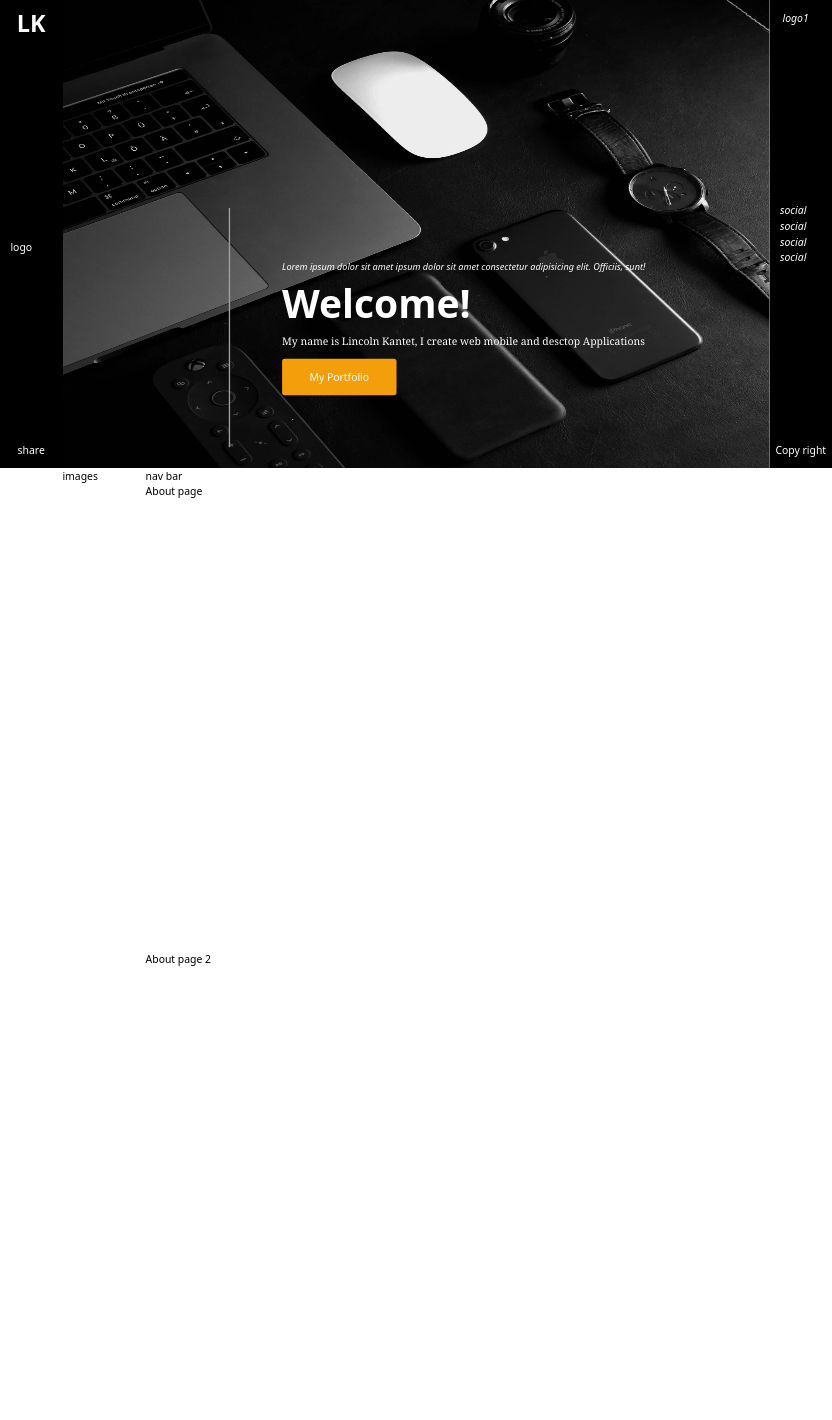
Repository: linco6054/template-tailwindcss
Page: index.html
These files come from the project's save history. The page is drawn as it stood at one moment and after a run of saves; the edit follows.
The browser window is 1280 px wide. The pictures show the whole page, at 65% of full size.

Above is the page before, as saved 2021-08-17 17:35:48.

### index.html
<!DOCTYPE html>
<html lang="en">

  <head>
    <meta charset="UTF-8" />
    <meta http-equiv="X-UA-Compatible" content="IE=edge" />
    <meta name="viewport" content="width=device-width, initial-scale=1.0" />
    <link href="https://unpkg.com/tailwindcss@^2/dist/tailwind.min.css" rel="stylesheet" />
<link rel="stylesheet" href="style.css">
    <title>Lincoln Kantet</title>
  </head>

  <body class="font-sans text-white  max-w-full h-auto flex flex-col lg:flex-row">
    <!-- nav -->
    <nav class="
        fixed
        top-0
        lg:left-0
        overflow-hidden
        bg-black
        h-20
        flex
        justify-between
        lg:flex-col
        items-center
        w-full
        lg:w-24 lg:h-screen
        z-50
      ">
      <span>
        <h1 class="mx-4 lg:mt-4 text-4xl font-bold">LK</h1>
      </span>
      <div class="mx-4 cursor-pointer">
        <i class="opacity-0 hover:opacity-100">menu</i>
        <span>logo</span>
      </div>

      <span class="mx-4 lg:mb-4">share</span>
    </nav>
    <!-- pages -->
    <section class="
        px-0
        lg:px-24
        overflow-hidden
        flex-col
        md:w-full
        lg:w-full
        h-auto
        text-black
        pt-20
        md:pt-0

      ">
      <div class="h-screen w-full relative overflow-hidden">
        <img class="absolute  z-0 h-full w-full" src="/images/bg.jpg" alt="">

        <div
          class="md:border-l-2 md:pl-20 md:py-20 md:border-gray-400 px-10 lg:ml-64 absolute text-white top-64 md:top-80 w-full z-20 flex flex-col  items-left  ">
          <i class="w-full text-sm mb-4 ">Lorem ipsum dolor sit amet ipsum dolor sit amet consectetur adipisicing elit.
            Officiis, sunt!</i>
          <h1 class="font-extrabold text-6xl mb-4">Welcome!</h1>
          <p class="font-serif mb-4">My name is Lincoln Kantet, I create web mobile and desctop Applications</p>
          <button class="bg-yellow-500 px-4 py-2 md:px-10 md:py-4 rounded w-44 hover:bg-yellow-700 ">My
            Portfolio</button>
        </div>
      </div>
      </div>
      <!-- other screen mother container -->
      <div class="h-auto relative flex ">
      <div class="w-32">images</div>
      <div class="">
        <nav>nav bar</nav>
        <main>
          <div class="h-screen">About page</div>
            <div class="h-screen">About page 2</div>
        </main>
      </div>

      </div>
      <!-- end of other screen mother container -->
    </section>
    <!-- footer -->
    <footer class="
        lg:fixed lg:right-0
        overflow-hidden
        w-full
        lg:w-24
        bg-black
        h-20
        flex
        lg:h-screen
        flex-row-reverse
        justify-between
        items-center
        lg:flex-col
      ">
      <span class="mr-4 lg:mt-4">
        <i>logo1</i>
      </span>
      <span class="ml-4">
        <i>social</i>
        <i>social</i>
        <i>social</i>
        <i>social</i>
      </span>
      <span class="hidden lg:block lg:mb-4 ">
        <p class="md:rotate-90">Copy right</p>
      </span>
    </footer>
  </body>

</html>

Loaded but not shown: style.css (no stored copy; drawn as an empty file)

After the next 2 saves:
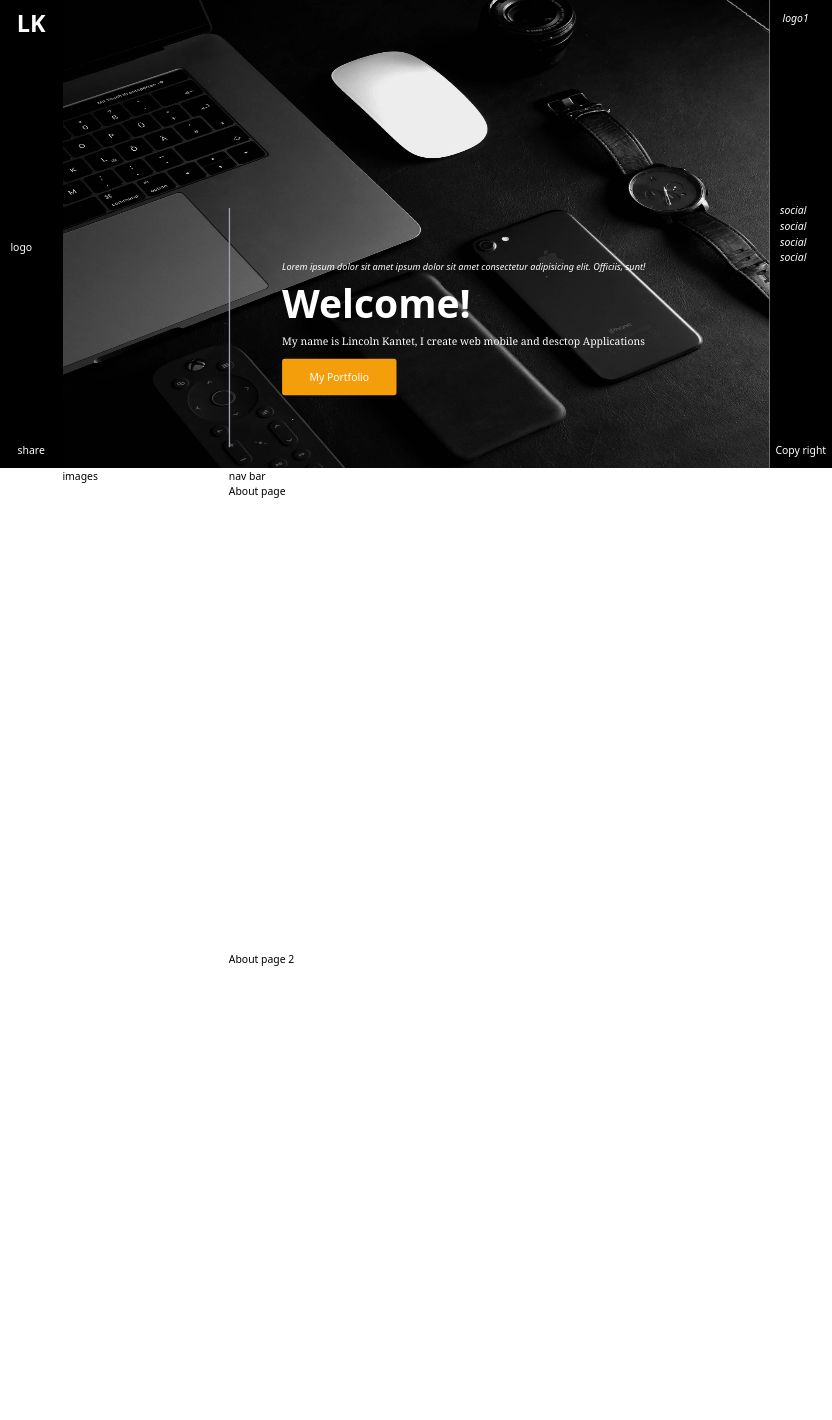
The 2 saves are shown as one change because they came seconds apart.
The last was saved 10 s later.
--- a/index.html
+++ b/index.html
@@ -67,7 +67,7 @@
       </div>
       <!-- other screen mother container -->
       <div class="h-auto relative flex ">
-      <div class="w-32">images</div>
+      <div class="w-64">images</div>
       <div class="">
         <nav>nav bar</nav>
         <main>
